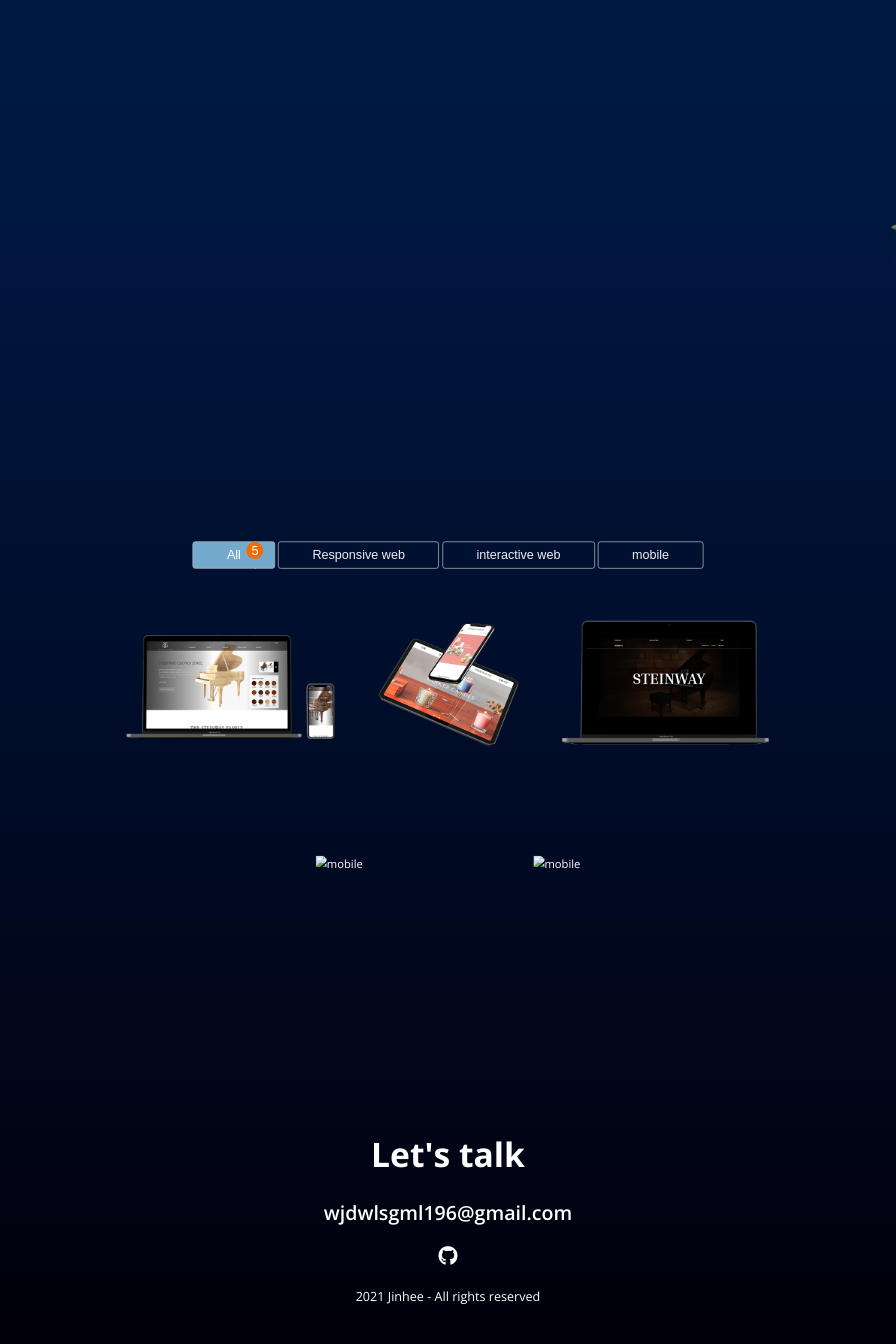
Repository: jinhee196/portfolio
Page: index.html
These files come from the project's save history. The page is drawn as it stood at one moment and after the next save; the edit follows.
The browser window is 1280 px wide. The pictures show the part of the page from y = 2639 to 4559 px (the page is 4559 px tall), at 70% of full size.
Some web libraries are served in a nearby version.

Above is the page before, as saved 2021-06-06 18:38:26.

### index.html
<!DOCTYPE html>
<html lang="ko">
<head>
    <meta charset="UTF-8">
    <meta http-equiv="X-UA-Compatible" content="IE=edge">
    <meta name="viewport" content="width=device-width, initial-scale=1.0">
    <title>Jinhee's Portfolio</title>
    <meta name="description" content="Portfolio for worl">
    <meta name="author" content="jinhee">
    <link rel="icon" type="image/png" href="img/favicon1.ico">
    <script src="https://kit.fontawesome.com/ef20572bd9.js" crossorigin="anonymous"></script>
    <link rel="preconnect" href="https://fonts.gstatic.com">
    <link href="https://fonts.googleapis.com/css2?family=Open+Sans:wght@400;600;700&display=swap" rel="stylesheet">
    <link rel="stylesheet" href="style.css">
    <script type="text/javascript" src="https://cdnjs.cloudflare.com/ajax/libs/gsap/3.5.1/gsap.min.js"></script>
    <script type="text/javascript" src="https://unpkg.com/gsap@3/dist/ScrollToPlugin.min.js"></script>
    <script src="main.js" defer></script>
    <script src="https://cdn.jsdelivr.net/npm/underscore@1.13.1/underscore-umd-min.js"></script>

</head>
<body>
    <nav id="navbar">
        <div class="navbar__logo">
            <i class="fas fa-feather"></i>
            <a href="#">Jinhee</a>
        </div>
        <ul class="navbar__menu">
            <li class="navbar__menu__item active" data-link="#home">Home</li>
            <li class="navbar__menu__item" data-link="#about">About</li>
            <li class="navbar__menu__item" data-link="#skills">Skills</li>
            <li class="navbar__menu__item" data-link="#work">My work</li>
            <!-- <li class="navbar__menu__item" data-link="#testimonials">Testimonials</li> -->
            <li class="navbar__menu__item" data-link="#contact">Contact</li>
        </ul>
        <!-- Toggle button -->
        <button class="navbar__toggle-btn">
            <i class="fas fa-bars"></i>
        </button>
    </nav>

    <section id="home">
        <div class="home__container">
        <div class="home__avatar"><img src="img/me.jpg" alt="photo"></div>
        <h1 class="home__title">Hello, <br />I'm Jinhee Jeong</h1>
        <h2 class="home__description">프론트엔드 개발자로 성장하는 웹 퍼블리셔</h2>
        <button class="home__contact">Contact me</button>
        </div>
    <div class="circle a"></div>
    <div class="circle b"></div>
    <div class="circle c"></div>
    <div class="circle d"></div>
    <div class="circle e"></div>
    <div class="circle f"></div>
    <div class="circle g"></div>
    <div class="circle s"></div>
    <div class="circle i"></div>
    <div class="circle j"></div>
    <div class="circle k"></div>
    <div class="circle l"></div>
    <div class="circle m"></div>
    <div class="circle n"></div>
    <div class="circle o"></div>
    <div class="circle p"></div>
    <div class="circle q"></div>
    <div class="circle r"></div>
    <div class="circle s"></div>

    </section>
    <section id="about" class="section section__container">
        <h1><span>A</span><span>b</span><span>o</span><span>u</span><span>t</span>&nbsp;<span>m</span><span>e</span></h1>
        <p>interactiv 반응형 홈페이지와 재밌는 미니게임, 모바일 일기장을 완료하였고,
           앞으로 계속 성장하고자 하는 열망이 넘치는 신입 웹퍼블리셔입니다.
           현재에 안주하지 않고 스스로 skill을 쌓아 회사의 성장에도 기여할 수 있는,
           실력있는 웹퍼블리셔이자 프론트엔드 개발자가 되기위해 노력하겠습니다.
        </p>
        <div class="about__majors">
            <div class="major">
                <div class="major__icon">
                    <div class='wave -one'></div>
                    <div class='wave -two'></div>
                    <div class='wave -three'></div>
                    <i class="fab fa-html5"></i>
                </div>
                <h2 class="major__title">HTML5</h2>
                <div class="major__description">HTML5, 빠른 마크업, 시멘틱 태그, 웹 접근성</div>
            </div>
            <div class="major">
                <div class="major__icon">
                    <div class='wave -one'></div>
                    <div class='wave -two'></div>
                    <div class='wave -three'></div>
                    <i class="fab fa-css3-alt"></i>
                </div>
                <h2 class="major__title">CSS3</h2>
                <div class="major__description">CSS3, FlexBox, Grid, Animation</div>
            </div>
            <div class="major">
                <div class="major__icon">
                    <div class='wave -one'></div>
                    <div class='wave -two'></div>
                    <div class='wave -three'></div>
                    <i class="fab fa-js-square"></i>
                </div>
                <h2 class="major__title">JavaScript</h2>
                <div class="major__description">ES6, DOM APIs, Web APIs</div>
            </div>
        </div>
        <div class="about__jobs">
            <div class="job">
                <img src="img/thejeun.png" alt="theJoeun" class="job__logo">
                <div class="job__description">
                <p class="job__name">UI/UX 웹디자인 실무자 양성(웹퍼블리셔,프론트엔드)</p>
                <p class="job__period">기간: 2020-12-29~2021-04-22</p>
                </div>
            </div>
        </div>
    </section>
    <section id="skills" class="section">
        <div class="section__container">
        <h1>Skills</h1>
        <h2>Skills & Attributes</h2>
        <p>
            저는 항상 새로운 기술을 배우는 데 관심이 있습니다. 이와 함께
            능동적으로 경험을 쌓아 나가며 제 직무에 대한 책임감을
            갖고 성실히 임하겠습니다.
            저의 최종적인 목표는 웹사이트를 구성하는 것에 이어서
            서버개발까지 나아가 넓은 시야를 갖고 팀원들과 좋은
            시너지를 내며 긍정적인 에너지를 주는 것 입니다.
            이를 통해 동료들과 원활히 소통하여 조화롭게 프로젝트를 완수하고,
            회사의 성장에 함께 할 수 있는 사람이 되겠습니다.
        </p>
        <div class="skillset">
            <div class="skillset__left">
                <h3 class="skillset__title">Skills</h3>
                <div class="skill">
                    <div class="skill__description">
                        <span>HTML</span>
                        <span>95%</span>
                    </div>
                    <div class="skill__bar">
                        <div class="skill__value" style="width: 95%"></div>
                    </div>
                </div>
                <div class="skill">
                    <div class="skill__description">
                        <span>CSS</span>
                        <span>87%</span>
                    </div>
                    <div class="skill__bar">
                        <div class="skill__value" style="width: 87%"></div>
                    </div>
                </div>
                <div class="skill">
                    <div class="skill__description">
                        <span>jQuery</span>
                        <span>80%</span>
                    </div>
                    <div class="skill__bar">
                        <div class="skill__value" style="width: 80%"></div>
                    </div>
                </div>
                <div class="skill">
                    <div class="skill__description">
                        <span>JavaScript</span>
                        <span>70%</span>
                    </div>
                    <div class="skill__bar">
                        <div class="skill__value" style="width: 70%"></div>
                    </div>
                </div>
                <!-- <div class="skill">
                    <div class="skill__description">
                        <span>React</span>
                        <span>0%</span>
                    </div>
                    <div class="skill__bar">
                        <div class="skill__value" style="width: 0"></div>
                    </div>
                </div>
                <div class="skill">
                    <div class="skill__description">
                        <span>TypeScript</span>
                        <span>0%</span>
                    </div>
                    <div class="skill__bar">
                        <div class="skill__value" style="width: 0"></div>
                    </div>
                </div> -->
            </div>
            <div class="skillset__right">
                <div class="tools">
                    <h3 class="skillset__title">Tools</h3>
                    <ul class="tools__list">
                        <li><span>Visual Studio Code</span></li>
                        <li><span>Braket</span></li>
                    </ul>
                </div>
                <div class="etc">
                    <h3 class="skillset__title">Etc</h3>
                    <ul class="etc__list">
                        <li><span>Git</span></li>
                        <li><span>PhotoShop</span></li>
                    </ul>
                </div>
            </div>
        </div>
        </div>
    </section>
    <section id="work" class="section">
        <img src="img/sea-fish2.png" alt="" class="sea-fish">
        <img src="img/sea-fish3.png" alt="" class="sea-fish3">
        <div id="model">
            <model-viewer id="whale" src="img/whale.glb" alt="A 3D model of a robot" camera-orbit="-60deg 0 10m" background-color="#000"></model-viewer>
        </div>
        <div class="section__container">
         <div class="bubbleBg"><!--버블 bg 넣기--></div>
         <section class="top">
            <h1 class="title">
                <span>M</span>
                <span>y</span>
                 &nbsp;
                <span>W</span>
                <span>o</span>
                <span>r</span>
                <span>k</span>
            </h1>
            <h3 class="subtitle">Projects</h3>
         </section>
         <section class="bottom">
        <div class="work__categories">
            <button class="category__btn selected" data-filter="*">All<span class="category__count">5</span></button>
            <button class="category__btn" data-filter="respon">Responsive web<span class="category__count">2</span></button>
            <button class="category__btn" data-filter="interaction">interactive web<span class="category__count">1</span></button>
            <button class="category__btn" data-filter="mobile">mobile<span class="category__count">2</span></button>
        </div>
        <div class="work__projects">
            <a href="#" class="project" target="_blank" data-type="respon">
                <img src="img/stein.png" alt="steinway" class="project__img">
                <div class="project__description">
                    <h3>SteinWay Site</h3>
                    <span>Main Page with HTML, CSS and JavaScript(+jQuery)</span>
                </div>
            </a>
            <a href="#" class="project" target="_blank" data-type="respon">
                <img src="img/yankee.png" alt="yankee-candle" class="project__img">
                <div class="project__description">
                    <h3>Yankee-candle Site</h3>
                    <span>Main Page with HTML, CSS and jQuery(+plugIn)</span>
                </div>
            </a>
            <a href="#" class="project" target="_blank" data-type="interaction">
                <img src="img/Mockup_03.png" alt="interactiv" class="project__img">
                <div class="project__description">
                    <h3>SteinWay Site Subpage</h3>
                    <span>Sub Page with HTML, CSS and JavaScript</span>
                </div>
            </a>
            <a href="#" class="project" target="_blank" data-type="mobile">
                <img src="" alt="mobile" class="project__img">
                <div class="project__description">
                    <h3>A diary by one book</h3>
                    <span>Mobile diary with HTML, CSS and JavaScript</span>
                </div>
            </a>
            <a href="#" class="project" target="_blank" data-type="mobile">
                <img src="" alt="mobile" class="project__img">
                <div class="project__description">
                    <h3>Easy and fun Mini Game</h3>
                    <span>Mini Game with HTML, CSS and JavaScript</span>
                </div>
            </a>
        </div>
    </section>
</div>


</section>
    <section id="testimonials" class="section">
        <div class="section__container">
          <h1>Testimonials</h1>
          <h3>See what they say about me</h3>
          <div class="testimonials">
            <div class="testimonial">
                <img src="" alt="" class="testimonial__avatar">
                <div class="testimonial__speech-bubble">
                    <p>Lorem, ipsum dolor sit amet consectetur adipisicing elit.
                         Consectetur repellendus unde cum delectus nisi nulla
                         tempore. Dolorem, molestias laboriosam natus, pariatur
                         accusamus ullam, mollitia excepturi illo dolorum ipsum
                         molestiae ea?</p>
                    <p class="name"><a href="#">Ellie</a></p>
                </div>
            </div>
            <div class="testimonial">
                <div class="testimonial__speech-bubble">
                    <p>Lorem, ipsum dolor sit amet consectetur adipisicing elit.
                        Consectetur repellendus unde cum delectus nisi nulla
                        tempore. Dolorem, molestias laboriosam natus, pariatur
                        accusamus ullam, mollitia excepturi illo dolorum ipsum
                        molestiae ea?</p>
                    <p class="name"><a href="#">Ellie</a></p>
                </div>
                <img src="" alt="" class="testimonial__avatar">
            </div>
        </div>
        </div>
    </section>
    <section id="contact" class="section">
        <div class="imgbox">
          <img src="img/Lfish.png" alt="lightfish" class="Lfish">
          <div class="light"></div>
        </div>
        <h1 class="contact__title">Let's talk</h1>
        <h2 class="contact__email">wjdwlsgml196@gmail.com</h2>
        <div class="contact__links">
            <a href="#" target="_blank">
                <i class="fab fa-github"></i>
            </a>
        </div>
        <p class="contact__rights">2021 Jinhee - All rights reserved</p>
    </section>
    <button id="top"><i class="fas fa-arrow-up"></i></button>

     <!-- Loads model-viewer for modern browsers -->
     <script type="module" src="https://unpkg.com/@google/model-viewer/dist/model-viewer.js"></script>
     <!-- Loads model-viewer for older browsers -->
     <script nomodule src="https://unpkg.com/@google/model-viewer/dist/model-viewer-legacy.js"></script>

</body>
</html>

Loaded but not shown: main.js (358 lines, source omitted); style.css (896 lines, source omitted)

After the next save:
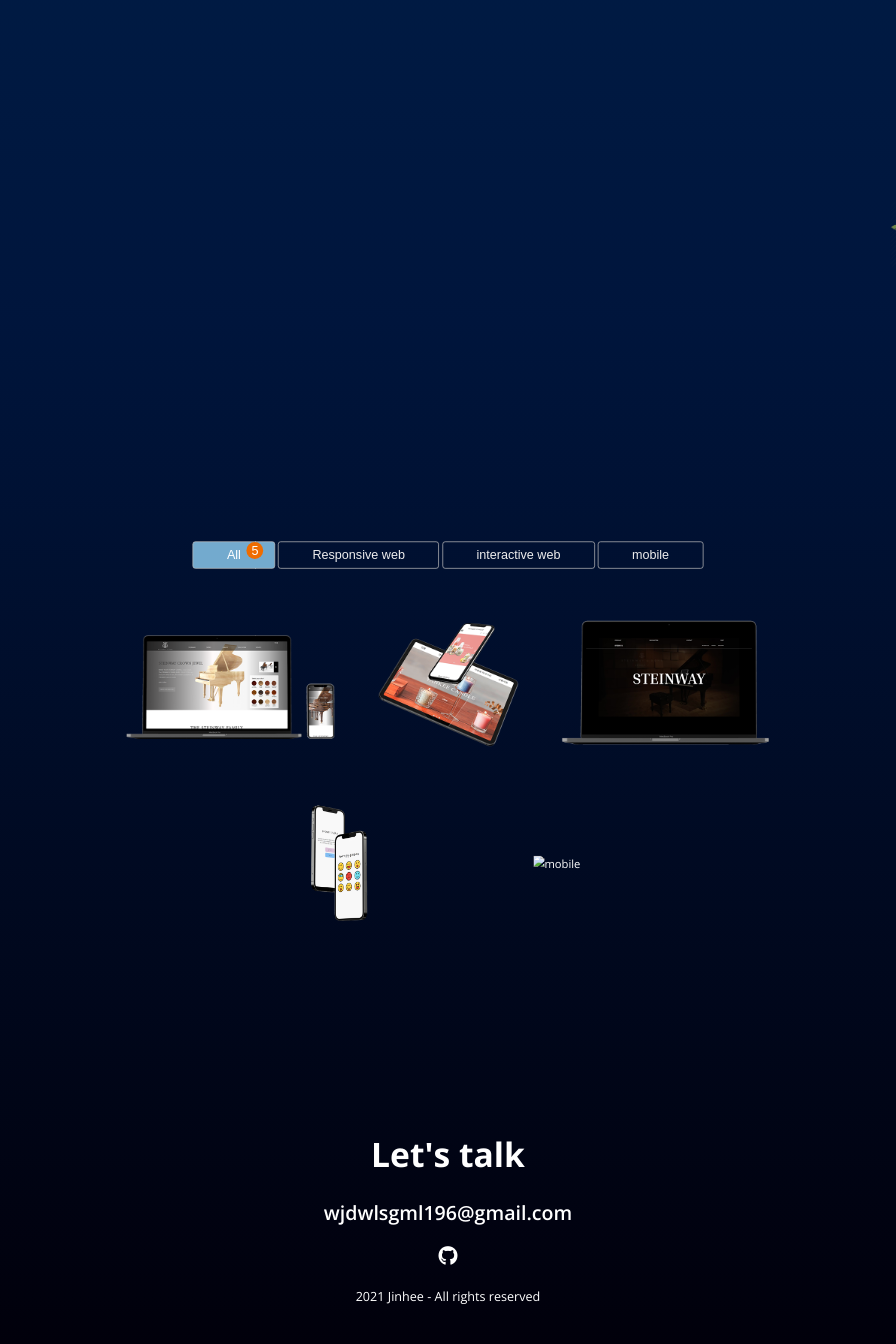
Saved 7 min 42 s later.
--- a/index.html
+++ b/index.html
@@ -256,7 +256,7 @@
                 </div>
             </a>
             <a href="#" class="project" target="_blank" data-type="mobile">
-                <img src="" alt="mobile" class="project__img">
+                <img src="img/mobile.png" alt="mobile" class="project__img">
                 <div class="project__description">
                     <h3>A diary by one book</h3>
                     <span>Mobile diary with HTML, CSS and JavaScript</span>
